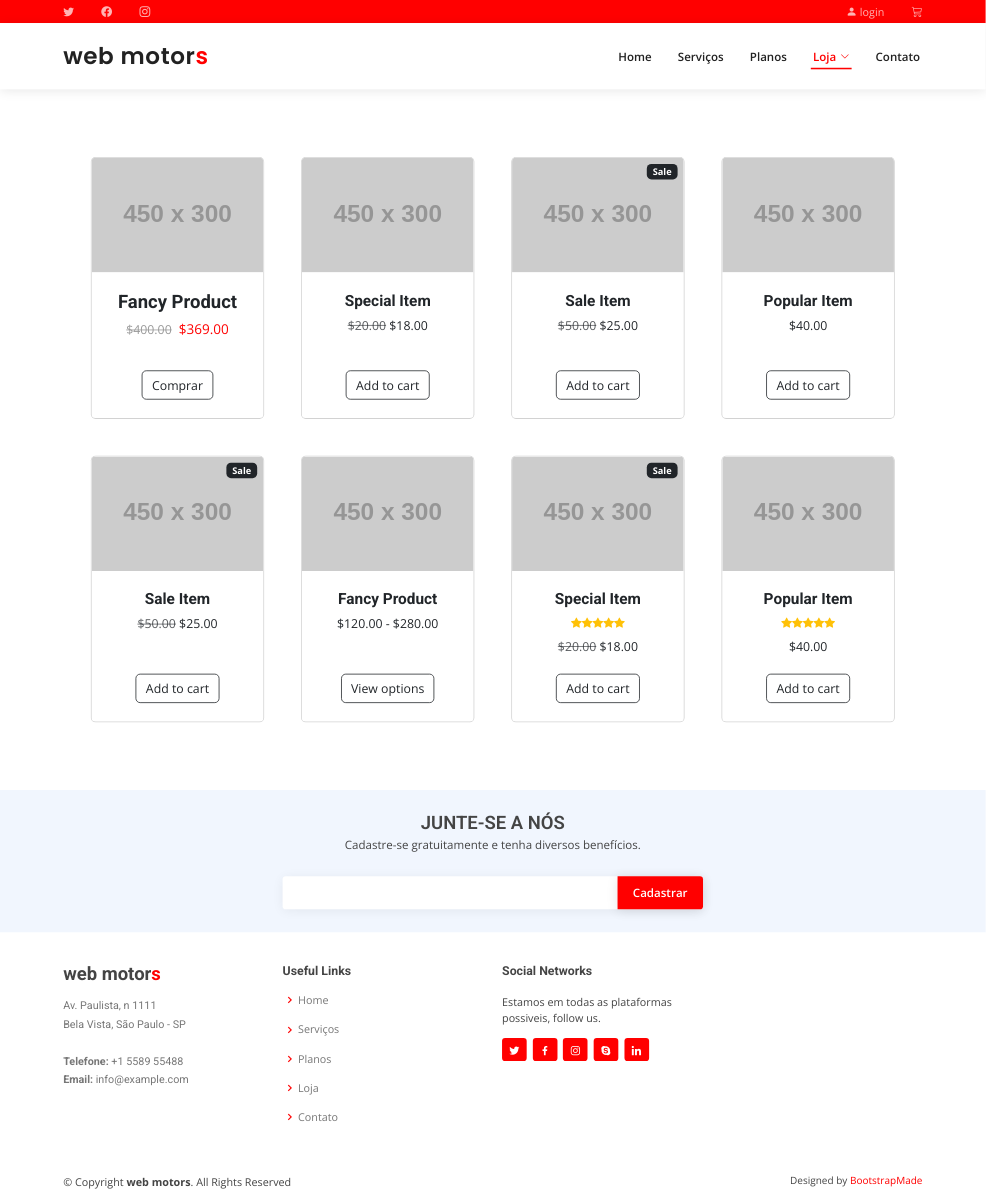
Repository: 01nethy/WebMotors
Page: produtos.html
These files come from the project's save history. The page is drawn as it stood at one moment and after the next save; the edit follows.
The browser window is 1280 px wide. The pictures show the whole page, at 77% of full size.

Above is the page before, as saved 2023-12-08 15:07:27.

### produtos.html
<!DOCTYPE html>
<html lang="pt-BR">

<head>
  <meta charset="utf-8">
  <meta content="width=device-width, initial-scale=1.0" name="viewport">

  <title>Produtos Automotivos - Web Motors</title>
  <meta content="" name="description">
  <meta content="" name="keywords">

  <!-- Favicons -->
  <link href="assets/img/favicon.png" rel="icon">
  <link href="assets/img/apple-touch-icon.png" rel="apple-touch-icon">

  <!-- Google Fonts -->
  <link
    href="https://fonts.googleapis.com/css?family=Open+Sans:300,300i,400,400i,600,600i,700,700i|Roboto:300,300i,400,400i,500,500i,600,600i,700,700i|Poppins:300,300i,400,400i,500,500i,600,600i,700,700i"
    rel="stylesheet">

  <!-- Vendor CSS Files -->
  <link href="assets/vendor/aos/aos.css" rel="stylesheet">
  <link href="assets/vendor/bootstrap/css/bootstrap.min.css" rel="stylesheet">
  <link href="assets/vendor/bootstrap-icons/bootstrap-icons.css" rel="stylesheet">
  <link href="assets/vendor/boxicons/css/boxicons.min.css" rel="stylesheet">
  <link href="assets/vendor/glightbox/css/glightbox.min.css" rel="stylesheet">
  <link href="assets/vendor/swiper/swiper-bundle.min.css" rel="stylesheet">

  <!-- Template Main CSS File -->
  <link href="assets/css/style.css" rel="stylesheet">

  <!-- =======================================================
  * Template Name: BizLand
  * Updated: Jul 27 2023 with Bootstrap v5.3.1
  * Template URL: https://bootstrapmade.com/bizland-bootstrap-business-template/
  * Author: BootstrapMade.com
  * License: https://bootstrapmade.com/license/
  ======================================================== -->
</head>

<body>
 <!-- ======= Top Bar ======= -->
 <section id="topbar" class="d-flex align-items-center">
  <div id="topajust" class="container d-flex">
    <div class="social-links col-6 ">
      <a href="#" class="twitter m-0"><i class="bi bi-twitter"></i></a>
      <a href="#" class="facebook"><i class="bi bi-facebook"></i></a>
      <a href="#" class="instagram"><i class="bi bi-instagram"></i></a>
      <!-- <a href="#" class="linkedin"><i class="bi bi-linkedin"></i></i></a> -->
    </div>
    <div class="social-links col-6 text-end">
      <a href="login.html"><i class="bi bi-person-fill"></i> login </a>
      <a href="cart.html"> <i class="bi bi-cart3"></i></a>
    </div>
  </div>
</section>

  <!-- ======= Header nav ======= -->
  <header id="header" class="d-flex">
    <div class="container d-flex align-items-center justify-content-between"">
      <h1 class=" logo"><a href="index.html">web motor<span>s</span></a></h1>
      <nav id="navbar" class="nav navbar justify-content-end">
        <ul>
          <li><a class="nav-link scrollto" href="index.html">Home</a></li>
          <!-- <li><a class="nav-link scrollto" href="#about">Mecanica</a></li>-->
          <li><a class="nav-link scrollto" href="index.html #services">Serviços</a></li>
          <!-- <li><a class="nav-link scrollto " href="#portfolio">Aditivo</a></li>-->
          <li><a class="nav-link scrollto" href="index.html #pricing">Planos</a></li>
          <li class="dropdown"><a class="active" href="produtos.html"><span>Loja</span> <i class="bi bi-chevron-down"></i></a>
            <ul>
              <li><a href="#">Aditivos</a></li>
              <!-- <li class="dropdown"><a href="#"><span>Deep Drop Down</span> <i class="bi bi-chevron-right"></i></a>
                <ul>
                  <li><a href="#">Deep Drop Down 1</a></li>
                  <li><a href="#">Deep Drop Down 2</a></li>
                  <li><a href="#">Deep Drop Down 3</a></li>
                  <li><a href="#">Deep Drop Down 4</a></li>
                  <li><a href="#">Deep Drop Down 5</a></li>
                </ul>
              </li> -->
              <li><a href="#">Borracha</a></li>
              <li><a href="#">Pneus</a></li>
            </ul>
          </li>
          <li><a class="nav-link scrollto" href="index.html #contact">Contato</a></li>
        </ul>
        <i class="bi bi-list mobile-nav-toggle"></i>
      </nav><!-- .navbar -->
    </div>
  </header>

  <main id="main" data-aos="fade-up">
    <section class="inner-page">
      <div class="container px-4 px-lg-5 mt-5">
        <div class="row gx-4 gx-lg-5 row-cols-2 row-cols-md-3 row-cols-xl-4 justify-content-center">
          <div class="col mb-5">
            <div class="card h-100">
              <img class="card-img-top" src="https://dummyimage.com/450x300/dee2e6/6c757d.jpg" alt="..." />
              <div class="p-4">
              <div class="text-center">
                <!-- Product name-->
                <h4 class="fw-bolder">Fancy Product</h4>
                <p class="item-price">
                  <strike>$400.00</strike> <span>$369.00</span>
                </p>
              </div>
            </div>
              <div class="card-footer p-4 pt-0 border-top-0 bg-transparent">
                <div class="text-center"><a class="btn btn-outline-dark mt-auto" href="#">Comprar</a>
                </div>
              </div>
            </div>
          </div>
          <div class="col mb-5">
            <div class="card h-100">
              <img class="card-img-top" src="https://dummyimage.com/450x300/dee2e6/6c757d.jpg" alt="..." />
              <!-- Product details-->
              <div class="card-body p-4">
                <div class="text-center">
                  <!-- Product name-->
                  <h5 class="fw-bolder">Special Item</h5>
                  <span class="text-muted text-decoration-line-through">$20.00</span>
                  $18.00
                </div>
              </div>
              <!-- Product actions-->
              <div class="card-footer p-4 pt-0 border-top-0 bg-transparent">
                <div class="text-center"><a class="btn btn-outline-dark mt-auto" href="#">Add to cart</a></div>
              </div>
            </div>
          </div>
          <div class="col mb-5">
            <div class="card h-100">
              <!-- Sale badge-->
              <div class="badge bg-dark text-white position-absolute" style="top: 0.5rem; right: 0.5rem">Sale</div>
              <!-- Product image-->
              <img class="card-img-top" src="https://dummyimage.com/450x300/dee2e6/6c757d.jpg" alt="..." />
              <!-- Product details-->
              <div class="card-body p-4">
                <div class="text-center">
                  <!-- Product name-->
                  <h5 class="fw-bolder">Sale Item</h5>
                  <!-- Product price-->
                  <span class="text-muted text-decoration-line-through">$50.00</span>
                  $25.00
                </div>
              </div>
              <!-- Product actions-->
              <div class="card-footer p-4 pt-0 border-top-0 bg-transparent">
                <div class="text-center"><a class="btn btn-outline-dark mt-auto" href="#">Add to cart</a></div>
              </div>
            </div>
          </div>
          <div class="col mb-5">
            <div class="card h-100">
              <!-- Product image-->
              <img class="card-img-top" src="https://dummyimage.com/450x300/dee2e6/6c757d.jpg" alt="..." />
              <!-- Product details-->
              <div class="card-body p-4">
                <div class="text-center">
                  <!-- Product name-->
                  <h5 class="fw-bolder">Popular Item</h5>
                  <!-- Product price-->
                  $40.00
                </div>
              </div>
              <!-- Product actions-->
              <div class="card-footer p-4 pt-0 border-top-0 bg-transparent">
                <div class="text-center"><a class="btn btn-outline-dark mt-auto" href="#">Add to cart</a></div>
              </div>
            </div>
          </div>
          <div class="col mb-5">
            <div class="card h-100">
              <!-- Sale badge-->
              <div class="badge bg-dark text-white position-absolute" style="top: 0.5rem; right: 0.5rem">Sale</div>
              <!-- Product image-->
              <img class="card-img-top" src="https://dummyimage.com/450x300/dee2e6/6c757d.jpg" alt="..." />
              <!-- Product details-->
              <div class="card-body p-4">
                <div class="text-center">
                  <!-- Product name-->
                  <h5 class="fw-bolder">Sale Item</h5>
                  <!-- Product price-->
                  <span class="text-muted text-decoration-line-through">$50.00</span>
                  $25.00
                </div>
              </div>
              <!-- Product actions-->
              <div class="card-footer p-4 pt-0 border-top-0 bg-transparent">
                <div class="text-center"><a class="btn btn-outline-dark mt-auto" href="#">Add to cart</a></div>
              </div>
            </div>
          </div>
          <div class="col mb-5">
            <div class="card h-100">
              <!-- Product image-->
              <img class="card-img-top" src="https://dummyimage.com/450x300/dee2e6/6c757d.jpg" alt="..." />
              <!-- Product details-->
              <div class="card-body p-4">
                <div class="text-center">
                  <!-- Product name-->
                  <h5 class="fw-bolder">Fancy Product</h5>
                  <!-- Product price-->
                  $120.00 - $280.00
                </div>
              </div>
              <!-- Product actions-->
              <div class="card-footer p-4 pt-0 border-top-0 bg-transparent">
                <div class="text-center"><a class="btn btn-outline-dark mt-auto" href="#">View options</a></div>
              </div>
            </div>
          </div>
          <div class="col mb-5">
            <div class="card h-100">
              <!-- Sale badge-->
              <div class="badge bg-dark text-white position-absolute" style="top: 0.5rem; right: 0.5rem">Sale</div>
              <!-- Product image-->
              <img class="card-img-top" src="https://dummyimage.com/450x300/dee2e6/6c757d.jpg" alt="..." />
              <!-- Product details-->
              <div class="card-body p-4">
                <div class="text-center">
                  <!-- Product name-->
                  <h5 class="fw-bolder">Special Item</h5>
                  <!-- Product reviews-->
                  <div class="d-flex justify-content-center small text-warning mb-2">
                    <div class="bi-star-fill"></div>
                    <div class="bi-star-fill"></div>
                    <div class="bi-star-fill"></div>
                    <div class="bi-star-fill"></div>
                    <div class="bi-star-fill"></div>
                  </div>
                  <!-- Product price-->
                  <span class="text-muted text-decoration-line-through">$20.00</span>
                  $18.00
                </div>
              </div>
              <!-- Product actions-->
              <div class="card-footer p-4 pt-0 border-top-0 bg-transparent">
                <div class="text-center"><a class="btn btn-outline-dark mt-auto" href="#">Add to cart</a></div>
              </div>
            </div>
          </div>
          <div class="col mb-5">
            <div class="card h-100">
              <!-- Product image-->
              <img class="card-img-top" src="https://dummyimage.com/450x300/dee2e6/6c757d.jpg" alt="..." />
              <!-- Product details-->
              <div class="card-body p-4">
                <div class="text-center">
                  <!-- Product name-->
                  <h5 class="fw-bolder">Popular Item</h5>
                  <!-- Product reviews-->
                  <div class="d-flex justify-content-center small text-warning mb-2">
                    <div class="bi-star-fill"></div>
                    <div class="bi-star-fill"></div>
                    <div class="bi-star-fill"></div>
                    <div class="bi-star-fill"></div>
                    <div class="bi-star-fill"></div>
                  </div>
                  <!-- Product price-->
                  $40.00
                </div>
              </div>
              <!-- Product actions-->
              <div class="card-footer p-4 pt-0 border-top-0 bg-transparent">
                <div class="text-center"><a class="btn btn-outline-dark mt-auto" href="#">Add to cart</a></div>
              </div>
            </div>
          </div>
        </div>
      </div>
    </section>
  </main><!-- End #main -->

 <!-- ======= Footer ======= -->
 <footer id="footer">
  <div class="footer-newsletter">
    <div class="container">
      <div class="row justify-content-center">
        <div class="col-lg-6">
          <h4>JUNTE-SE A NÓS</h4>
          <p>Cadastre-se gratuitamente e tenha diversos benefícios.</p>
          <form action="" method="post">
            <input type="email" name="email"><input type="submit" value="Cadastrar">
          </form>
        </div>
      </div>
    </div>
  </div>
  <div class="footer-top">
    <div class="container">
      <div class="row">
        <div class="col-lg-3 col-md-6 footer-contact">
          <h3>web motor<span>s</span></h3>
          <p>
            Av. Paulista, n 1111 <br>
            Bela Vista, São Paulo - SP<br>
            <br>
            <strong>Telefone:</strong> +1 5589 55488<br>
            <strong>Email:</strong> info@example.com<br>
          </p>
        </div>
        <div class="col-lg-3 col-md-6 footer-links">
          <h4>Useful Links</h4>
          <ul>
            <li><i class="bx bx-chevron-right"></i> <a href="#">Home</a></li>
            <li><i class="bx bx-chevron-right"></i> <a href="#">Serviços</a></li>
            <li><i class="bx bx-chevron-right"></i> <a href="#">Planos</a></li>
            <li><i class="bx bx-chevron-right"></i> <a href="#">Loja</a></li>
            <li><i class="bx bx-chevron-right"></i> <a href="#">Contato</a></li>
          </ul>
        </div>
        <div class="col-lg-3 col-md-6 footer-links">
          <h4>Social Networks</h4>
          <p>Estamos em todas as plataformas possiveis,
            follow us.</p>
          <div class="social-links mt-3">
            <a href="#" class="twitter"><i class="bx bxl-twitter"></i></a>
            <a href="#" class="facebook"><i class="bx bxl-facebook"></i></a>
            <a href="#" class="instagram"><i class="bx bxl-instagram"></i></a>
            <a href="#" class="google-plus"><i class="bx bxl-skype"></i></a>
            <a href="#" class="linkedin"><i class="bx bxl-linkedin"></i></a>
          </div>
        </div>
      </div>
    </div>
  </div>
  <div class="container py-4">
    <div class="copyright">
      &copy; Copyright <strong><span>web motors</span></strong>. All Rights Reserved
    </div>
    <div class="credits">
      <!-- All the links in the footer should remain intact. -->
      <!-- You can delete the links only if you purchased the pro version. -->
      <!-- Licensing information: https://bootstrapmade.com/license/ -->
      <!-- Purchase the pro version with working PHP/AJAX contact form: https://bootstrapmade.com/web motors-bootstrap-business-template/ -->
      Designed by <a href="https://bootstrapmade.com/">BootstrapMade</a>
    </div>
  </div>
</footer>

  <div id="preloader"></div>
  <a href="#" class="back-to-top d-flex align-items-center justify-content-center"><i
      class="bi bi-arrow-up-short"></i></a>

  <!-- Vendor JS Files -->
  <script src="assets/vendor/purecounter/purecounter_vanilla.js"></script>
  <script src="assets/vendor/aos/aos.js"></script>
  <script src="assets/vendor/bootstrap/js/bootstrap.bundle.min.js"></script>
  <script src="assets/vendor/glightbox/js/glightbox.min.js"></script>
  <script src="assets/vendor/isotope-layout/isotope.pkgd.min.js"></script>
  <script src="assets/vendor/swiper/swiper-bundle.min.js"></script>
  <script src="assets/vendor/waypoints/noframework.waypoints.js"></script>
  <script src="assets/vendor/php-email-form/validate.js"></script>

  <!-- Template Main JS File -->
  <script src="assets/js/main.js"></script>
</body>
</html>

Loaded but not shown: assets/vendor/aos/aos.css (library); assets/vendor/bootstrap/css/bootstrap.min.css (library); assets/vendor/bootstrap-icons/bootstrap-icons.css (library); assets/vendor/boxicons/css/boxicons.min.css (library); assets/vendor/glightbox/css/glightbox.min.css (library); assets/vendor/swiper/swiper-bundle.min.css (library); assets/vendor/purecounter/purecounter_vanilla.js (library); assets/vendor/aos/aos.js (library); assets/vendor/bootstrap/js/bootstrap.bundle.min.js (library); assets/vendor/glightbox/js/glightbox.min.js (library); assets/vendor/isotope-layout/isotope.pkgd.min.js (library); assets/vendor/swiper/swiper-bundle.min.js (library); assets/vendor/waypoints/noframework.waypoints.js (library); assets/vendor/php-email-form/validate.js (common file); assets/js/main.js (289 lines, source omitted); assets/css/style.css (2218 lines, source omitted)

After the next save:
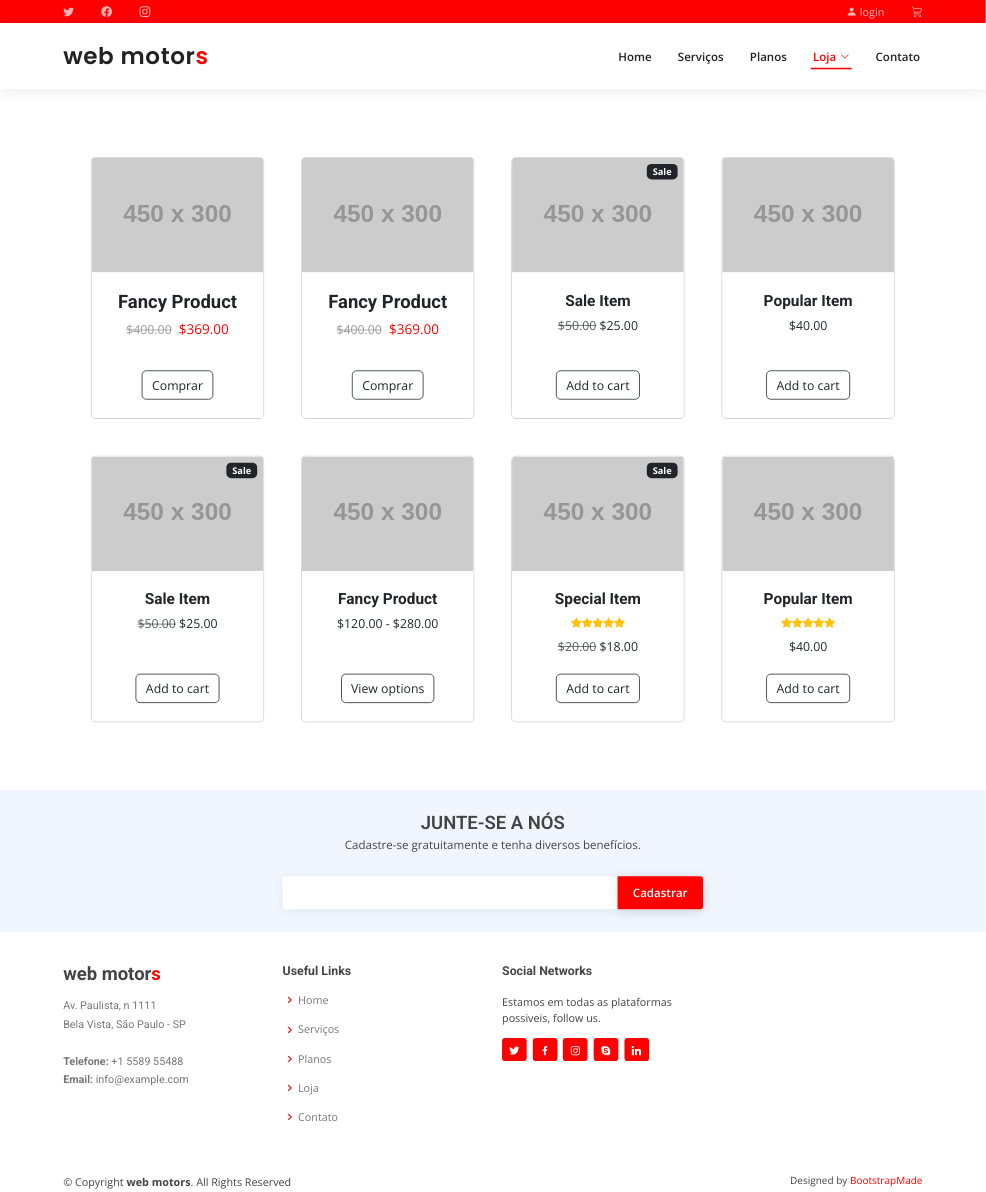
Saved 3 min 21 s later.
--- a/produtos.html
+++ b/produtos.html
@@ -98,7 +98,6 @@
               <img class="card-img-top" src="https://dummyimage.com/450x300/dee2e6/6c757d.jpg" alt="..." />
               <div class="p-4">
               <div class="text-center">
-                <!-- Product name-->
                 <h4 class="fw-bolder">Fancy Product</h4>
                 <p class="item-price">
                   <strike>$400.00</strike> <span>$369.00</span>
@@ -114,18 +113,17 @@
           <div class="col mb-5">
             <div class="card h-100">
               <img class="card-img-top" src="https://dummyimage.com/450x300/dee2e6/6c757d.jpg" alt="..." />
-              <!-- Product details-->
-              <div class="card-body p-4">
-                <div class="text-center">
-                  <!-- Product name-->
-                  <h5 class="fw-bolder">Special Item</h5>
-                  <span class="text-muted text-decoration-line-through">$20.00</span>
-                  $18.00
-                </div>
-              </div>
-              <!-- Product actions-->
-              <div class="card-footer p-4 pt-0 border-top-0 bg-transparent">
-                <div class="text-center"><a class="btn btn-outline-dark mt-auto" href="#">Add to cart</a></div>
+              <div class="p-4">
+              <div class="text-center">
+                <h4 class="fw-bolder">Fancy Product</h4>
+                <p class="item-price">
+                  <strike>$400.00</strike> <span>$369.00</span>
+                </p>
+              </div>
+            </div>
+              <div class="card-footer p-4 pt-0 border-top-0 bg-transparent">
+                <div class="text-center"><a class="btn btn-outline-dark mt-auto" href="#">Comprar</a>
+                </div>
               </div>
             </div>
           </div>
